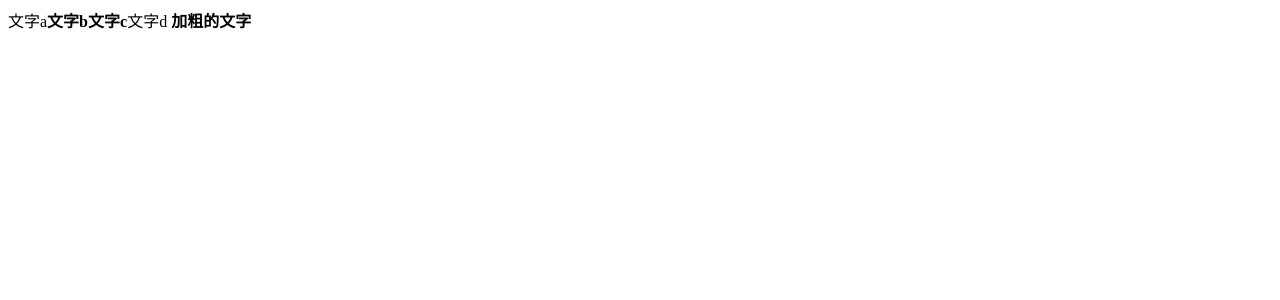
Repository: lqcoffical/basic-frontCode
Page: demohtml/文本标签.html
An editor plug-in stored every save of this project. The page is shown before and after the next save, followed by the edit.
The browser window is 1280 px wide. The pictures show the whole page.

Above is the page before, as saved 2019-10-15 14:28:02.

### demohtml/文本标签.html
<!DOCTYPE html>
<html lang="en">
<head>
    <meta charset="UTF-8">
    <meta name="viewport" content="width=device-width, initial-scale=1.0">
    <meta http-equiv="X-UA-Compatible" content="ie=edge">
    <title>文本标签的学习</title>
</head>
<body>
    <!-- <b></b>标签是加粗 -->
    文字a<b>文字b文字c</b>文字d
    <!-- <strong></strong>标签也是加粗效果 -->
    <strong>加粗的文字</strong>
</body>
</html>

After the next save:
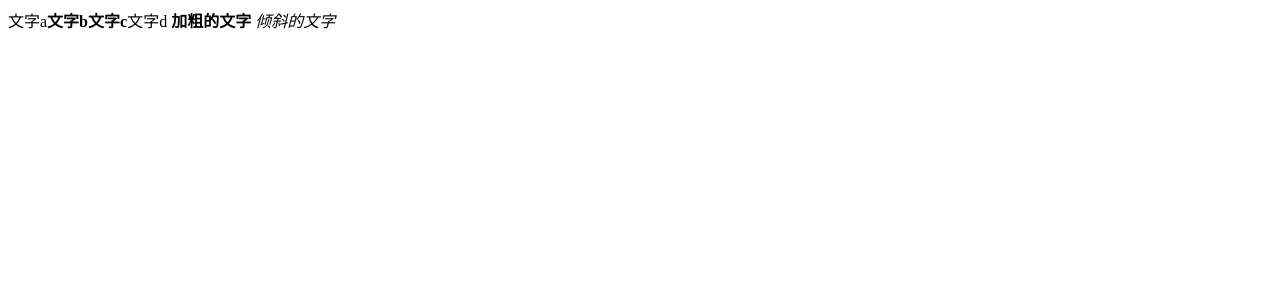
Saved 6 min 27 s later.
--- a/demohtml/文本标签.html
+++ b/demohtml/文本标签.html
@@ -7,9 +7,11 @@
     <title>文本标签的学习</title>
 </head>
 <body>
-    <!-- <b></b>标签是加粗 -->
+    <!-- <b></b>标签是加粗，只是简单地加粗 -->
     文字a<b>文字b文字c</b>文字d
-    <!-- <strong></strong>标签也是加粗效果 -->
+    <!-- <strong></strong>标签也是加粗效果，有表示语义强调的意思 -->
     <strong>加粗的文字</strong>
+    <!-- <i></i>标签表示倾斜的字体 -->
+    <i>倾斜的文字</i>
 </body>
 </html>
